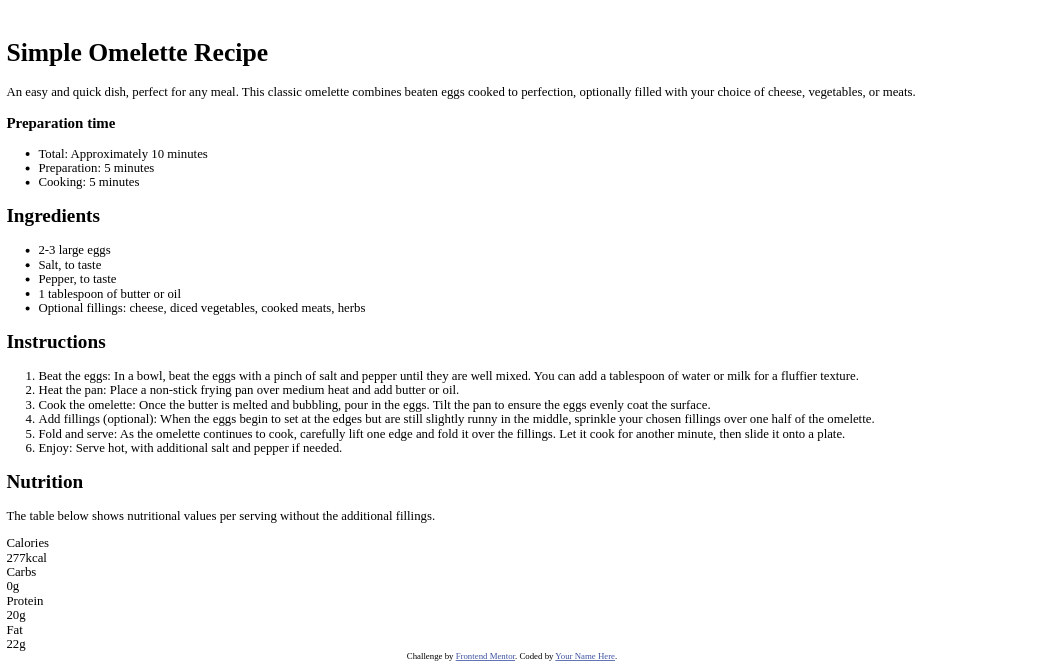
Repository: reemoon-ctrl/mine-recipe-page-main
Page: index.html
An editor plug-in stored every save of this project. The page is shown before and after a run of saves, followed by the edit.
The browser window is 1280 px wide. The page is 1280 px wide, then 1320 px, so the pictures cover 1320 px, including what lies to the right of the window. The pictures show the whole page, at 80% of full size.

Above is the page before, as saved 2024-08-11 12:11:56.

After the next 2 saves:
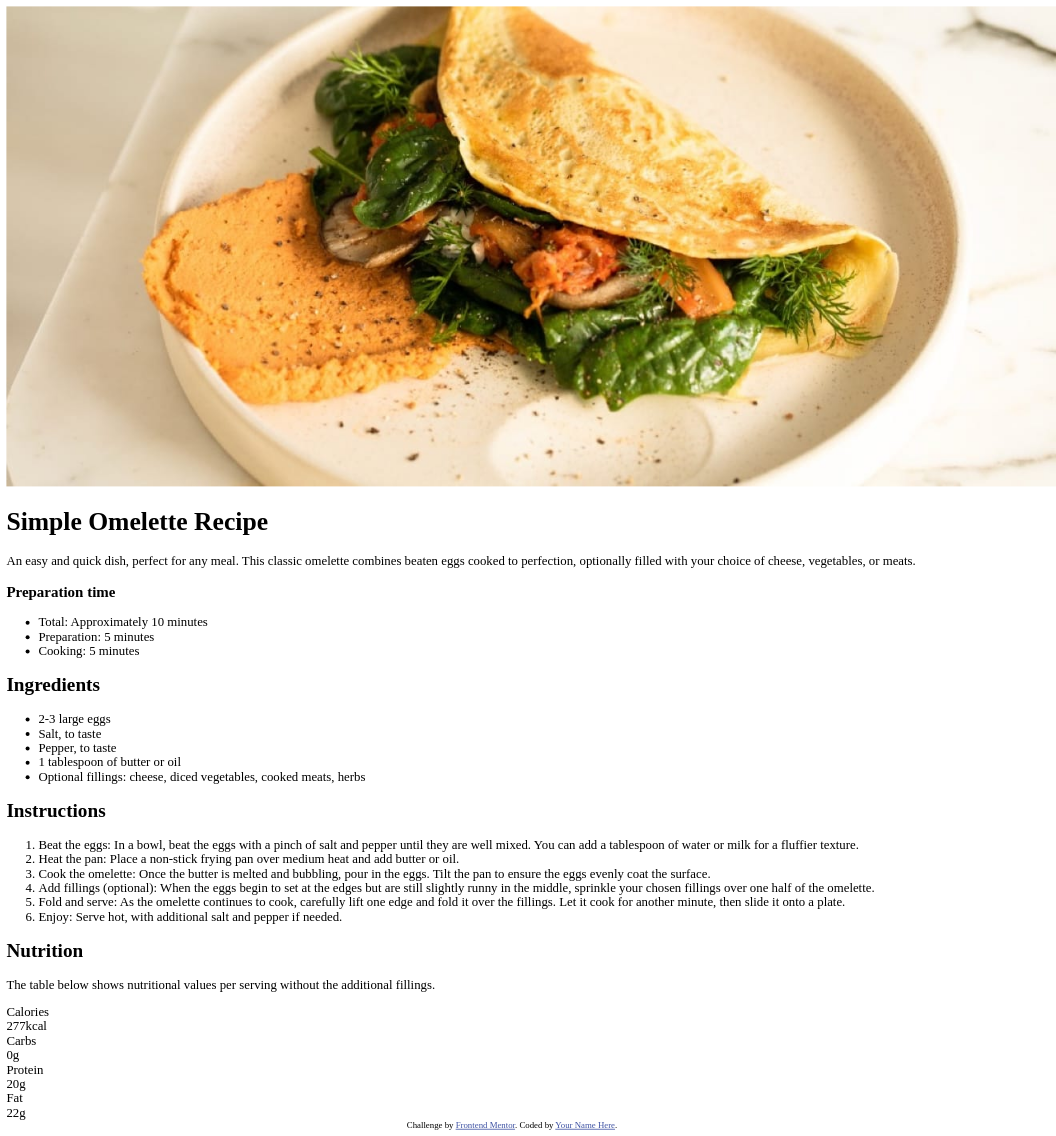
The 2 saves are shown as one change because they came seconds apart.
The last was saved 15 s later.
--- a/index.html
+++ b/index.html
@@ -15,7 +15,7 @@
   </style>
 </head>
 <body>
-  <img src="" alt="">
+  <img src="/image-omelette.jpeg" alt="">
   <h1>Simple Omelette Recipe</h1>
 
   <p>An easy and quick dish, perfect for any meal. This classic omelette combines beaten eggs cooked
